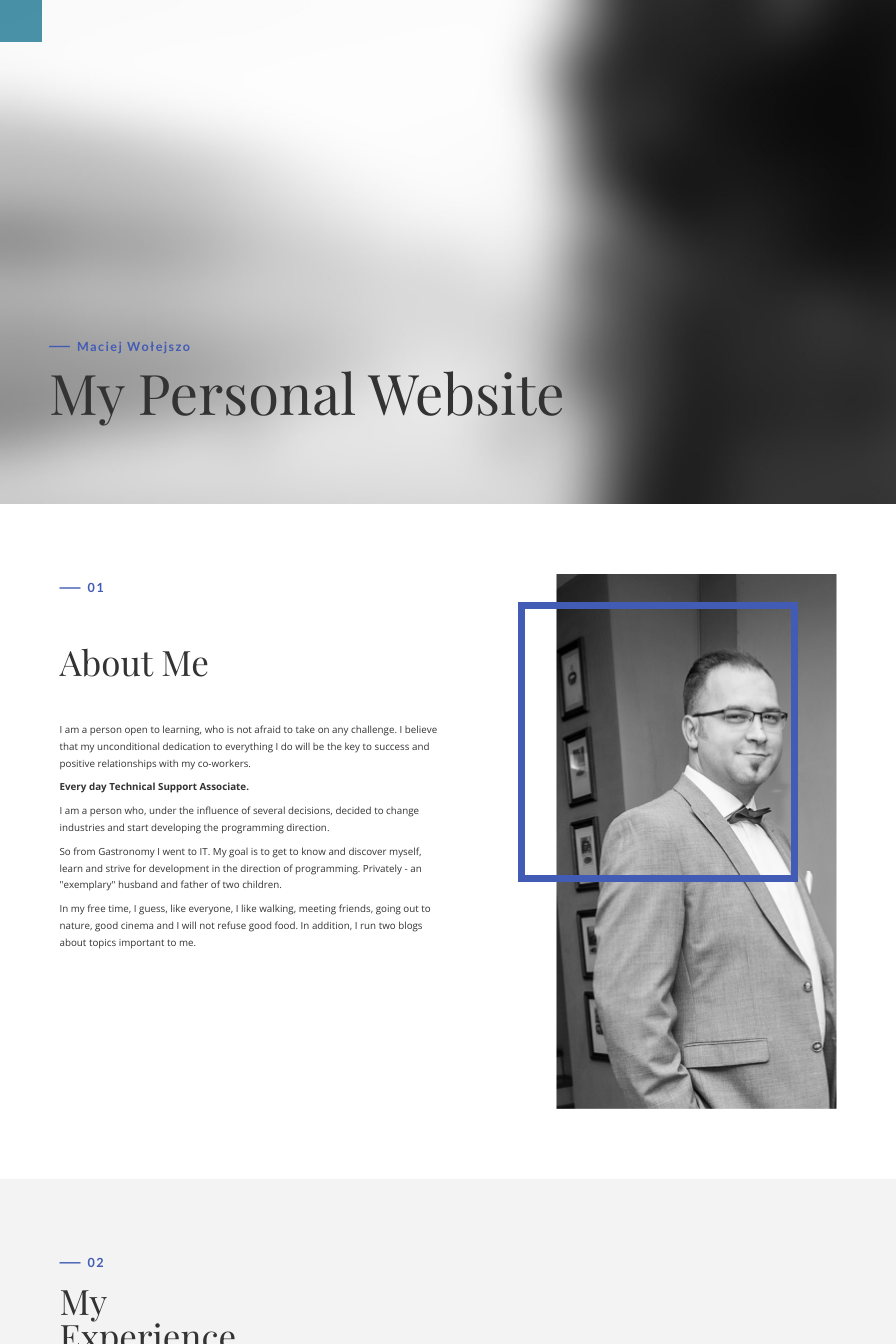
Repository: Maciej85Lodz/maciejwolejszo.pl
Page: index.html
The author's editor kept a copy of each file at every save. The page is drawn from the files as they stood at one save, then again after the next save.
The browser window is 1280 px wide. The pictures show the part of the page from y = 0 to 1920 px (the page is 5976 px tall), at 70% of full size.
Some icons come from a web library that is not loaded, so they are not drawn. Some web fonts or font styles are not loaded; a fallback is used. Some web libraries are served in a nearby version.

Above is the page before, as saved 2019-07-01 13:48:23.

After the next save:
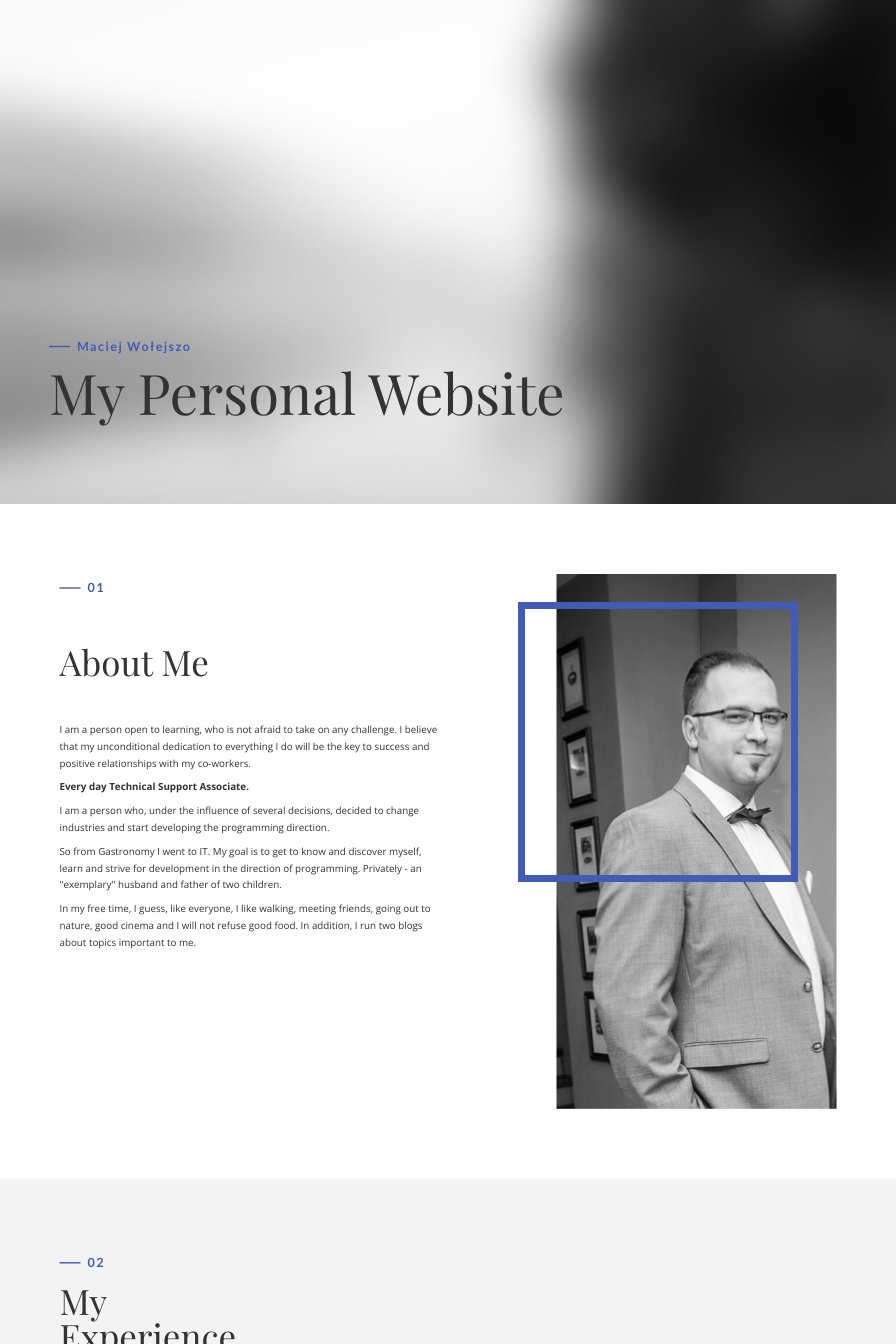
Saved 117 s later.
--- a/css/menu.css
+++ b/css/menu.css
@@ -39,7 +39,7 @@
     width: 60px;
     height: 60px;
     padding: 1rem;
-    background: var(--primary-color);
+    /*background: var(--primary-color);*/
     display: flex;
     align-items: center;
     justify-content: center;

After the 3 saves that followed:
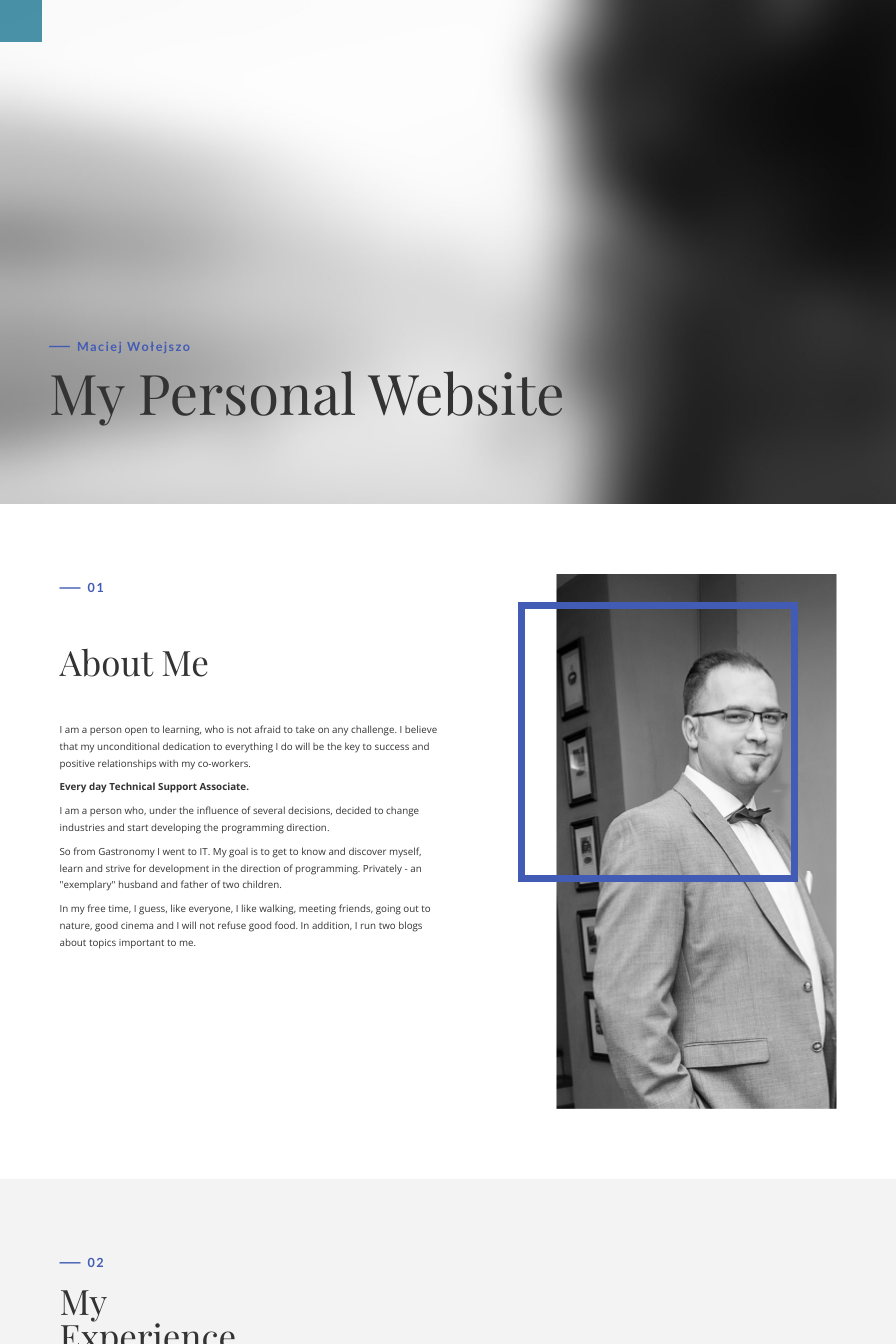
The 3 saves are shown as one change because 2 left the picture as it was.
The last was saved 110 s later.
--- a/css/menu.css
+++ b/css/menu.css
@@ -39,7 +39,7 @@
     width: 60px;
     height: 60px;
     padding: 1rem;
-    /*background: var(--primary-color);*/
+    background: var(--primary-color);
     display: flex;
     align-items: center;
     justify-content: center;
@@ -53,7 +53,7 @@
     flex: none;
     width: 100%;
     height: 2px;
-    background: #fff;
+    background: black;
     display: flex;
     align-items: center;
     justify-content: center;
@@ -71,7 +71,7 @@
     top: -10px;
     width: 100%;
     height: 2px;
-    background: inherit;
+    /*background: inherit;*/
 }
 
 
